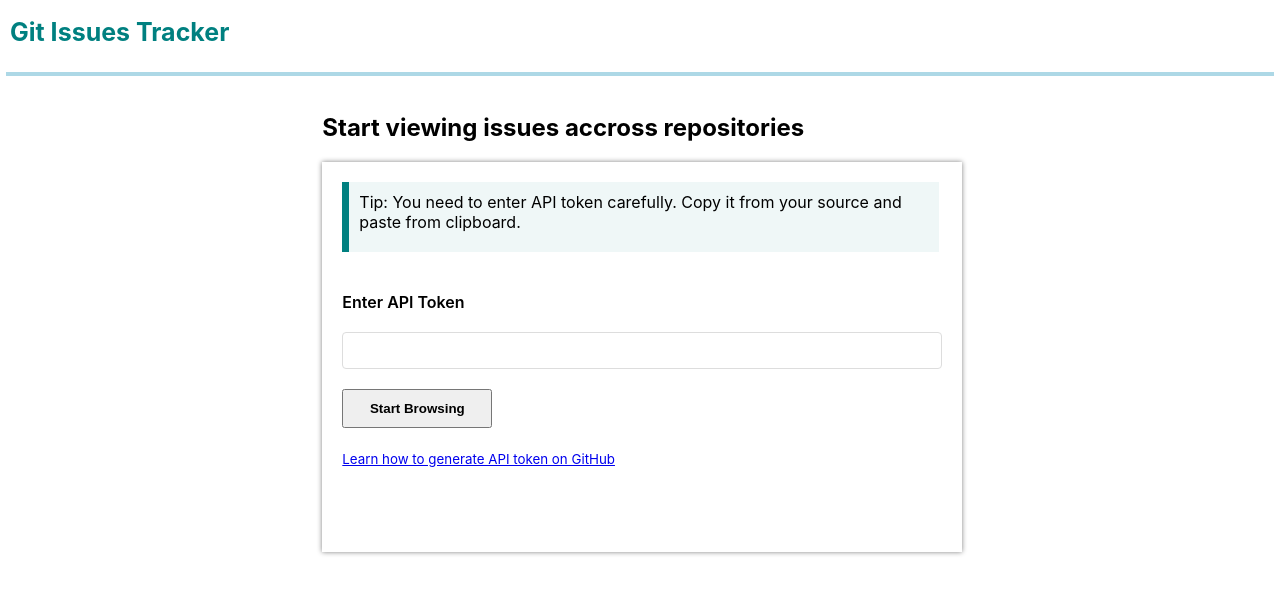
Repository: duzzisantos/github-repos-react-graphql
Page: /
These files come from the project's save history. The page is drawn as it stood at one moment and after the next save; the edit follows.
The browser window is 1280 px wide. The page is 1285 px wide, so the pictures cover 1285 px, including what lies to the right of the window. The pictures show the whole page.
The project was rebuilt for these pictures with package versions that can differ from the ones it lists, and the page was loaded fresh each time. Also part of the build but not shown: src/App.css, src/components/table/Filters.tsx, src/components/table/Pagination.tsx, src/components/table/TableComponent.tsx, src/components/table/columnHelpers.ts, src/utilities/funtions.ts, src/pages/Repositories.tsx, src/components/cards/Cards.tsx and 1 more.

Above is the page before, as saved 2024-06-17 17:51:29.

After the next save:
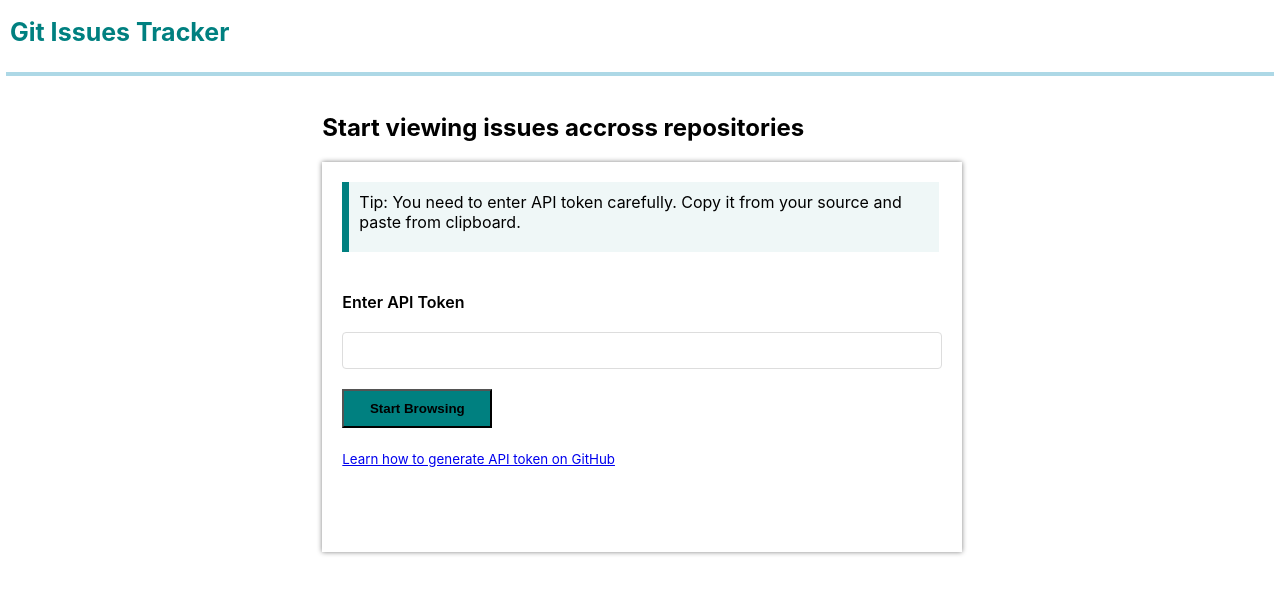
Saved 24 s later.
--- a/src/App.scss
+++ b/src/App.scss
@@ -61,4 +61,5 @@ input {
   @extend label;
   width: 25%;
   padding: 10px;
+  background-color: teal;
 }
